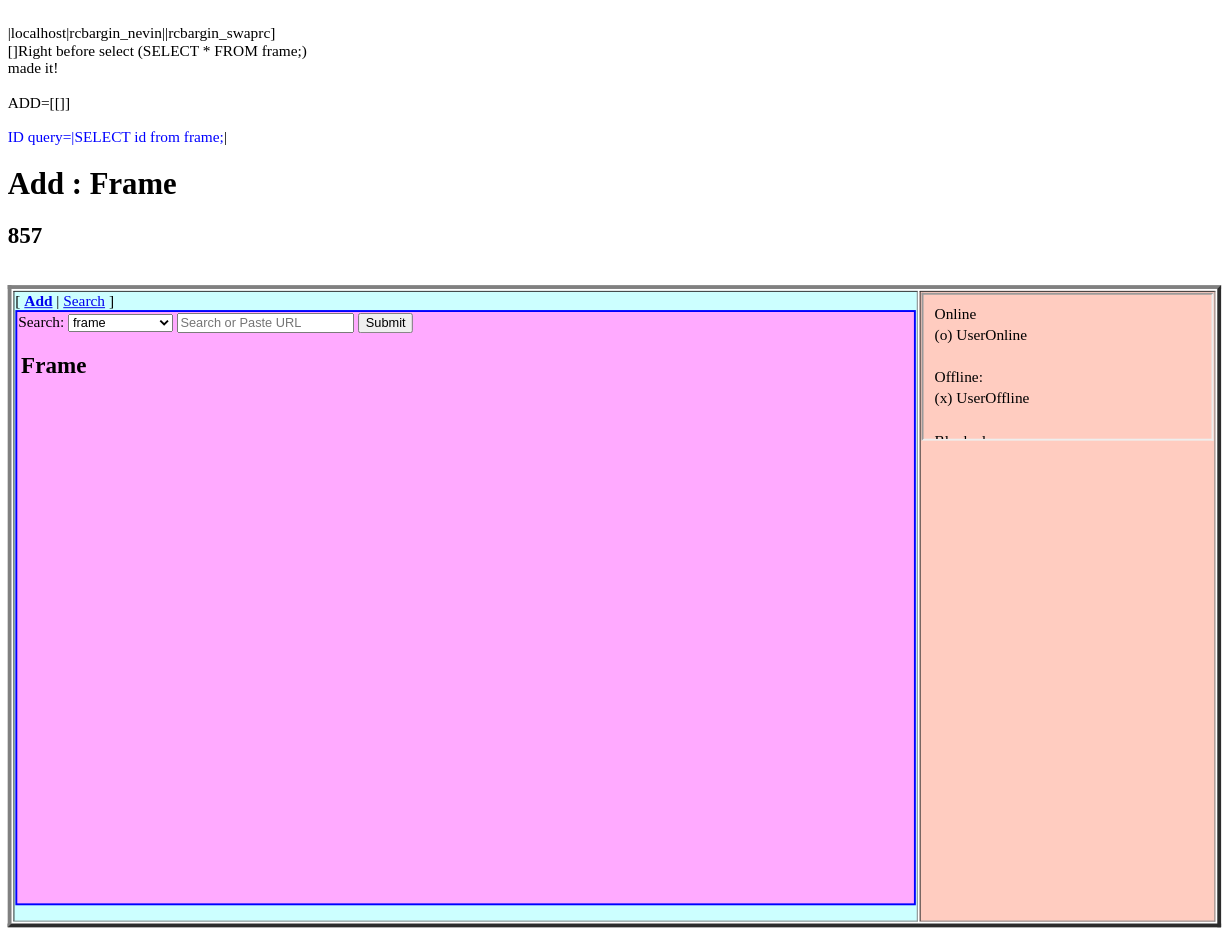
Repository: nevinleiby/SwapRC
Page: http://localhost/add_interface_old.php
The author's editor kept a copy of each file at every save. The page is drawn from the files as they stood at one save, then again after the next save.
The browser window is 1280 px wide. The pictures show the whole page, at 96% of full size.
The page is run by PHP 8.4 with error messages shown; the project is at /var/www/html/. Queries for data that is not in the repository find no rows.

Above is the page before, as saved 2019-09-10 21:31:45.
Console error (its wording comes from the project's code and is left out).

After the next save:
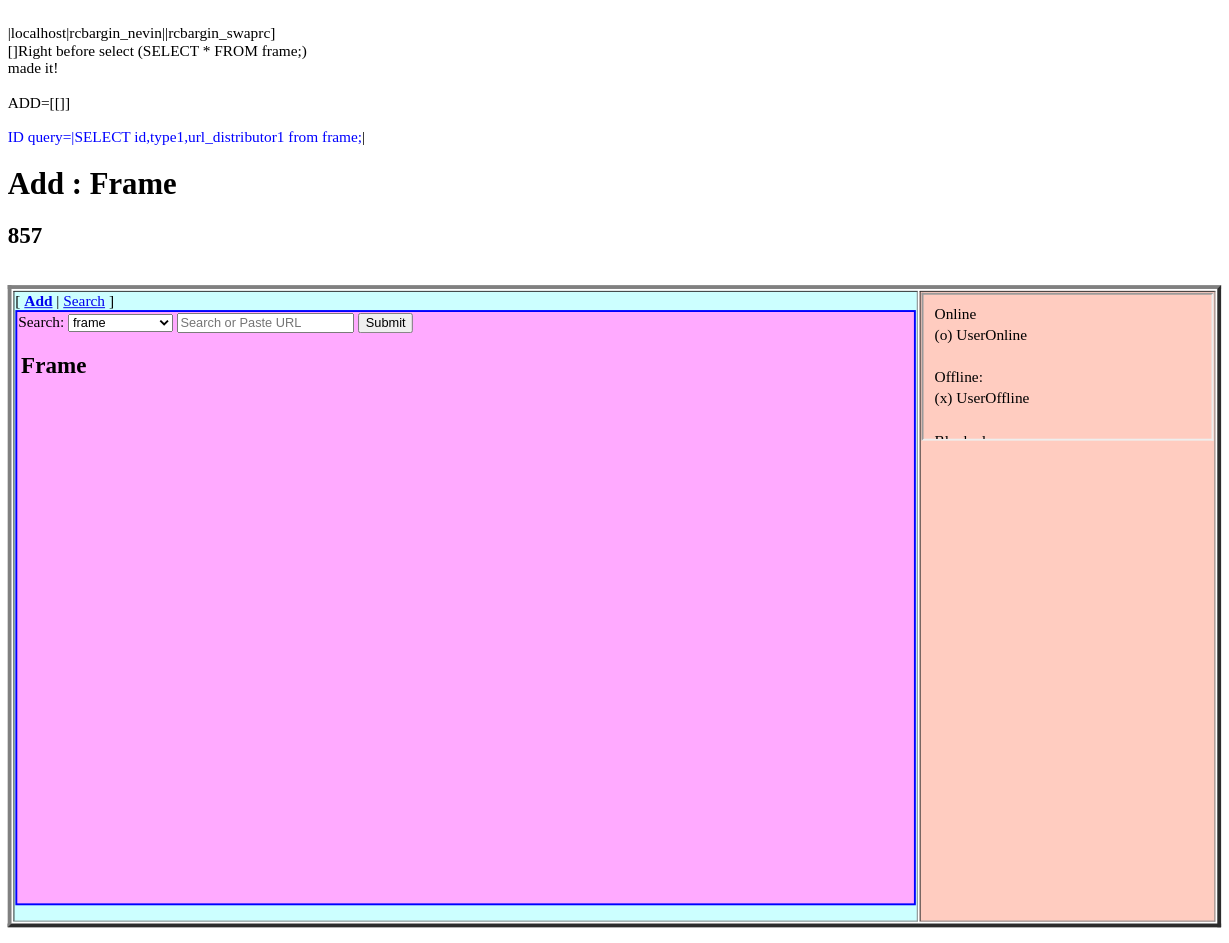
Saved 4 min 52 s later.
--- a/add_interface_old.php
+++ b/add_interface_old.php
@@ -291,7 +291,7 @@
 
 
 
-    $id_query = "SELECT id from $table_name;";
+    $id_query = "SELECT id,type1,url_distributor1 from $table_name;";
     echo '<br><font color=blue>ID query=|' . $id_query . '</font>|<br>';
     $display_result = $connection->query($id_query);
     if ( ! $display_result) die ("Fatal Error");
@@ -312,7 +312,7 @@
         // This may be causing an issue....try to be case-sensitive:
         //echo '<a href="./display_item_old.php?' . $category . '=' . $row['id'] . '&category=' . $category .'">1-' . $row['id'] . '</a>[' . $category . ']<br>';
 
-        echo "# $j -" . '<a href="./display_item_old.php?' . $table_name . '=' . $row['id'] . '&category=' . $table_name .'">ITEM=(' . $row['id'] . ')</a>[' . $table_name . ']<br>';
+        echo "# $j -" . '<a href="./display_item_old.php?' . $table_name . '=' . $row['id'] . '&category=' . $table_name .'">' . $row['type1'] . '</a>' . '<a href="'.$row['url_distributor1'] . '</a><br>';
 
     }
 
